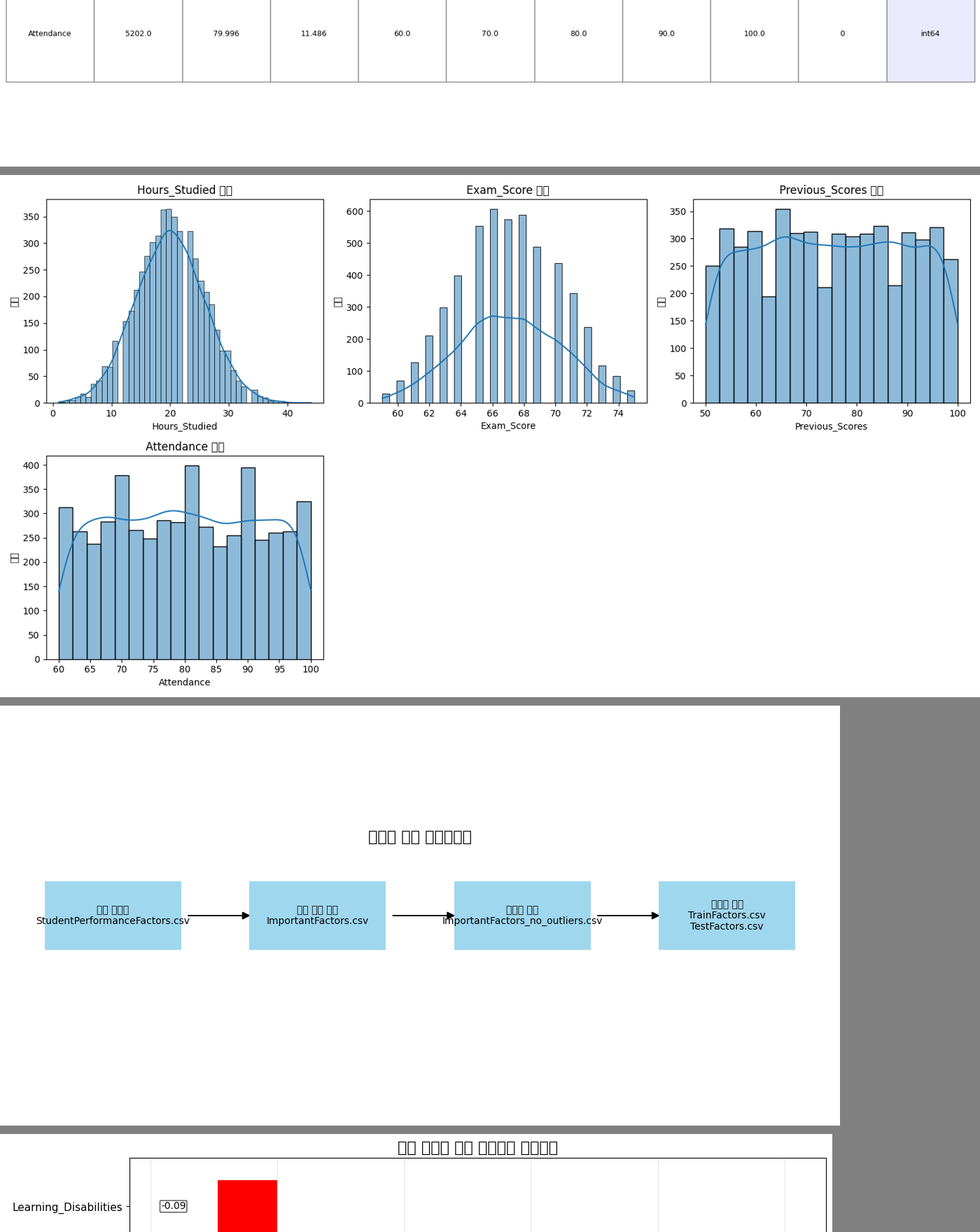
Repository: dldnwls07/BigDataStudy
Script's output: python src/visualization/create_presentation_visuals_fixed.py
The author's editor kept a copy of each file at every save. The script's output is drawn from the files as they stood at one save, then again after the next save.
The pictures show rows 723 to 2483 of an output 6129 px tall, at 70% of full size.
Each picture stacks the figures in order, with grey between them; figures that are only written to a file come last. The script is stopped after its 8th figure. Figures wider than 1,400 px are first shrunk to that width. Random numbers start from a fixed seed.

Above is the script's output before, as saved 2025-06-19 21:37:13.

### src/visualization/create_presentation_visuals_fixed.py
import pandas as pd
import matplotlib.pyplot as plt
import matplotlib.font_manager as fm
import seaborn as sns
import numpy as np
import os
import sys
import io

# 한글 출력을 위한 인코딩 설정
sys.stdout = io.TextIOWrapper(sys.stdout.buffer, encoding='utf-8')

# 한글 폰트 설정
# Windows 기본 폰트인 맑은 고딕 사용
plt.rcParams['font.family'] = 'Malgun Gothic'
plt.rcParams['axes.unicode_minus'] = False  # 마이너스 기호 깨짐 방지

# 출력 디렉토리 생성
output_dir = "output/picture/presentation"
os.makedirs(output_dir, exist_ok=True)

# 데이터 불러오기
try:
    train_data = pd.read_csv("data/processed_data/TrainFactors.csv")
    test_data = pd.read_csv("data/processed_data/TestFactors.csv")
    print("데이터 로드 완료")
except Exception as e:
    print(f"데이터 로드 중 오류 발생: {e}")

# 데이터셋 기본 통계량 시각화
def create_dataset_summary(data, output_path):
    try:
        # 수치형 변수만 선택
        numeric_data = data.select_dtypes(include=['number'])

        # 기본 통계량 계산 및 소수점 자리 제한
        stats = numeric_data.describe().T.round(3)  # 소수점 3자리로 제한
        stats['missing'] = numeric_data.isnull().sum()
        stats['dtype'] = numeric_data.dtypes

        # 컬럼 이름을 더 짧게 수정
        stats = stats.rename_axis("변수명")

        # 그림 크기 설정 (더 큰 크기로 조정)
        plt.figure(figsize=(18, 12))
        ax = plt.subplot(111)
        ax.axis('off')

        # 테이블 생성
        table_data = stats.reset_index()
        table_cols = ['변수명', 'count', 'mean', 'std', 'min', '25%', '50%', '75%', 'max', 'missing', 'dtype']

        # 테이블 텍스트 데이터 처리 (긴 문자열 줄임 처리)
        cell_text = []
        for row in table_data[table_cols].values:
            cell_text.append([str(x)[:10] if isinstance(x, str) and len(str(x)) > 10 else x for x in row])

        table = ax.table(cellText=cell_text,
                         colLabels=table_cols,
                         loc='center',
                         cellLoc='center')

        # 테이블 스타일 설정
        table.auto_set_font_size(False)
        table.set_fontsize(9)  # 글자 크기 증가
        table.scale(1.5, 2.5)  # 가로와 세로 비율 늘림

        # 컬럼 너비와 높이 조정
        cell_dict = table.get_celld()

        # 헤더 행 설정
        for i in range(len(table_cols)):
            header_cell = cell_dict[(0, i)]
            header_cell.set_height(0.15)
            header_cell.set_fontsize(10)
            header_cell.set_text_props(weight='bold')
            header_cell.set_facecolor('#CCCCFF')  # 헤더 배경색 설정

        # 모든 셀에 테두리 추가
        for key, cell in cell_dict.items():
            cell.set_edgecolor('gray')

            # 데이터 셀 처리
            if key[0] > 0:  # 헤더가 아닌 데이터 행
                cell.set_height(0.15)  # 셀 높이 증가

                # 짝수/홀수 행 구분을 위한 배경색 설정
                if key[0] % 2 == 1:
                    cell.set_facecolor('#F5F5F5')  # 연한 회색

                # 데이터 타입 컬럼에 특별 스타일 적용
                if key[1] == table_cols.index('dtype'):
                    cell.set_facecolor('#EAEAFF')  # 타입 컬럼 배경색

        # 데이터가 10개 이상이면 일부만 표시
        max_rows = 10
        if len(table_data) > max_rows:
            plt.figtext(0.5, 0.01, f"* 전체 {len(table_data)}개 변수 중 상위 {max_rows}개만 표시됨", ha='center', fontsize=10)

        plt.title('데이터셋 기본 통계량', fontsize=18, pad=20)
        plt.tight_layout(rect=[0, 0.03, 1, 0.97])  # 여백 조정
        plt.savefig(output_path, dpi=300, bbox_inches='tight')
        plt.close()
        print(f"1. 데이터셋 기본 통계량 시각화 완료: {output_path}")
    except Exception as e:
        print(f"데이터셋 기본 통계량 시각화 중 오류 발생: {e}")

# 데이터 분포 시각화
def create_distribution_plots(data, output_path):
    try:
        # 수치형 변수 선택
        numeric_cols = data.select_dtypes(include=['number']).columns

        # 변수 수에 따라 행과 열 계산
        n_cols = len(numeric_cols)
        n_rows = (n_cols // 3) + (1 if n_cols % 3 > 0 else 0)

        # 그래프 생성
        fig, axes = plt.subplots(n_rows, 3, figsize=(15, n_rows * 4))
        axes = axes.flatten()

        for i, col in enumerate(numeric_cols):
            if i < len(axes):
                sns.histplot(data[col], kde=True, ax=axes[i])
                axes[i].set_title(f'{col} 분포')
                axes[i].set_xlabel(col)
                axes[i].set_ylabel('빈도')

        # 남은 축 숨기기
        for i in range(len(numeric_cols), len(axes)):
            axes[i].axis('off')

        plt.tight_layout()
        plt.savefig(output_path, dpi=300)
        plt.close()
        print(f"2. 데이터 분포 시각화 완료: {output_path}")
    except Exception as e:
        print(f"데이터 분포 시각화 중 오류 발생: {e}")

# 데이터 처리 과정 시각화
def create_data_pipeline_visualization(output_path):
    try:
        plt.figure(figsize=(12, 6))
        ax = plt.subplot(111)

        # 파이프라인 단계들
        steps = ['원본 데이터\nStudentPerformanceFactors.csv',
                 '중요 요인 추출\nImportantFactors.csv',
                 '이상치 제거\nImportantFactors_no_outliers.csv',
                 '데이터 분할\nTrainFactors.csv\nTestFactors.csv']

        # 박스 위치
        positions = np.arange(len(steps)) * 3

        # 박스 그리기
        for i, (pos, step) in enumerate(zip(positions, steps)):
            rect = plt.Rectangle((pos, 0.5), 2, 1, facecolor='skyblue', alpha=0.8)
            ax.add_patch(rect)
            ax.text(pos + 1, 1, step, ha='center', va='center', fontsize=10)

            # 화살표 그리기
            if i < len(steps) - 1:
                ax.arrow(pos + 2.1, 1, 0.8, 0, head_width=0.1, head_length=0.1,
                         fc='black', ec='black')

        ax.set_xlim(-0.5, max(positions) + 2.5)
        ax.set_ylim(0, 2)
        ax.set_aspect('equal')
        ax.axis('off')

        plt.title('데이터 처리 파이프라인', fontsize=16)
        plt.tight_layout()
        plt.savefig(output_path, dpi=300)
        plt.close()
        print(f"3. 데이터 처리 과정 시각화 완료: {output_path}")
    except Exception as e:
        print(f"데이터 처리 과정 시각화 중 오류 발생: {e}")

# 변수 중요도 시각화
def create_feature_importance_visualization(data, output_path):
    try:
        # 범주형 변수 처리 (범주형 변수가 있을 경우에만 실행)
        categorical_cols = data.select_dtypes(include=['object']).columns

        # 데이터 복사본 생성
        data_encoded = data.copy()

        # 범주형 변수 인코딩
        for col in categorical_cols:
            if col in data.columns:
                # 범주형 변수 처리
                if col == 'Learning_Disabilities':
                    data_encoded[col] = data_encoded[col].map({'Yes': 1, 'No': 0})
                elif col in ['Parental_Involvement', 'Motivation_Level', 'Access_to_Resources']:
                    data_encoded[col] = data_encoded[col].map({'High': 2, 'Medium': 1, 'Low': 0})

        # 결측값 처리
        data_encoded = data_encoded.select_dtypes(include=['number']).fillna(0)

        # 상관관계 계산
        target = 'Exam_Score'
        if target in data_encoded.columns:
            correlations = data_encoded.corr()[target].sort_values(ascending=False)
            correlations = correlations.drop(target)  # 타겟 변수 자신 제거

            # 상위 10개 변수 선택 (또는 전체 변수가 10개 미만이면 전체 사용)
            top_count = min(10, len(correlations))
            top_correlations = correlations.abs().nlargest(top_count)
            top_features = top_correlations.index

            # 그림 크기 증가 및 여백 확보
            plt.figure(figsize=(12, 8))

            # 바 차트 생성 (y축 글꼴 크기 조정)
            colors = ['green' if c > 0 else 'red' for c in correlations[top_features]]
            bars = plt.barh(top_features, correlations[top_features], color=colors)

            # y축 라벨 폰트 크기 및 색상 조정
            plt.yticks(fontsize=11)

            # 바 위에 값 표시 (위치 및 여백 조정)
            for bar in bars:
                width = bar.get_width()
                if width > 0:
                    # 양수 값은 바 오른쪽에 표시
                    label_x_pos = width + 0.02  # 바 끝에서 약간 떨어진 위치
                    plt.text(label_x_pos, bar.get_y() + bar.get_height()/2, f'{width:.2f}',
                            va='center', ha='left', color='black', fontsize=10,
                            bbox=dict(facecolor='white', alpha=0.7, pad=0.1, boxstyle='round'))
                else:
                    # 음수 값은 바 왼쪽에 표시
                    label_x_pos = width - 0.05  # 바 끝에서 약간 떨어진 위치
                    plt.text(label_x_pos, bar.get_y() + bar.get_height()/2, f'{width:.2f}',
                            va='center', ha='right', color='black', fontsize=10,
                            bbox=dict(facecolor='white', alpha=0.7, pad=0.1, boxstyle='round'))

            # 제목 및 라벨 설정
            plt.title('시험 점수와 주요 변수들의 상관관계', fontsize=16)
            plt.xlabel('상관계수', fontsize=12)

            # x축 범위 조정 (여백 추가)
            x_min, x_max = plt.xlim()
            plt.xlim(x_min - 0.1, x_max + 0.15)  # 오른쪽에 더 많은 여백 추가

            # 그리드 추가하여 가독성 향상
            plt.grid(axis='x', alpha=0.3)

            plt.tight_layout()
            plt.savefig(output_path, dpi=300, bbox_inches='tight')
            plt.close()
            print(f"4. 변수 중요도 시각화 완료: {output_path}")
        else:
            print(f"타겟 변수 '{target}'가 데이터에 없습니다")
    except Exception as e:
        print(f"변수 중요도 시각화 중 오류 발생: {e}")

# 신경망 모델 구조 시각화
def create_neural_network_architecture(output_path):
    try:
        plt.figure(figsize=(14, 10))  # 더 큰 그림 크기
        ax = plt.subplot(111)

        # 레이어와 노드 수 정의
        layers = [
            {'name': '입력층', 'nodes': 12, 'color': 'lightblue'},  # 입력 변수 수는 데이터에 맞게 조정
            {'name': '은닉층 1', 'nodes': 256, 'color': 'lightgreen'},
            {'name': '은닉층 2', 'nodes': 128, 'color': 'lightgreen'},
            {'name': '은닉층 3', 'nodes': 64, 'color': 'lightgreen'},
            {'name': '은닉층 4', 'nodes': 32, 'color': 'lightgreen'},
            {'name': '출력층', 'nodes': 1, 'color': 'salmon'}
        ]

        # 각 레이어 위치 계산 (수평 간격 확대)
        layer_width = 2.0  # 레이어 간 간격 증가
        x_positions = [i * layer_width * 2 for i in range(len(layers))]

        # 노드 표시를 위한 높이 계산
        max_visible_nodes = 10  # 실제로 그릴 최대 노드 수

        # 일관된 간격을 위해 고정된 높이 사용
        display_height = 12  # 고정된 표시 높이
        node_radius = 0.3    # 노드 크기 증가

        # 레이어별 박스 그리기
        for i, (x, layer) in enumerate(zip(x_positions, layers)):
            # 레이어 이름 (아래에 배치)
            ax.text(x, -2.0, layer['name'], ha='center', fontsize=13, weight='bold')

            # 레이어 배경박스 그리기 (옵션)
            box_width = 1.2
            box_height = display_height + 1
            rect = plt.Rectangle((x-box_width/2, -1), box_width, box_height,
                                fill=True, alpha=0.1, color=layer['color'],
                                edgecolor='gray', linestyle='--')
            ax.add_patch(rect)

            # 노드 수 텍스트 표시
            ax.text(x, display_height + 1, f'노드 수: {layer["nodes"]}개',
                    ha='center', fontsize=11, bbox=dict(facecolor='white', alpha=0.7, boxstyle='round,pad=0.3'))

            # 노드 그리기 (일부 노드만 그리고 나머지는 생략 표시)
            nodes_to_draw = min(layer['nodes'], max_visible_nodes)

            # 노드 간 간격 계산 (더 넓게)
            if nodes_to_draw <= 1:
                spacing = 0
            else:
                spacing = display_height / (nodes_to_draw + 1)

            for j in range(nodes_to_draw):
                # 노드 위치 계산 (균등 간격)
                y = spacing * (j + 1)

                if nodes_to_draw < layer['nodes'] and j == nodes_to_draw - 1:
                    # 생략 표시
                    ax.text(x, y, '⋮', ha='center', va='center', fontsize=24, weight='bold')
                else:
                    # 노드 그리기 (크기 증가)
                    circle = plt.Circle((x, y), node_radius, facecolor=layer['color'],
                                      edgecolor='blue', alpha=0.8, zorder=10)
                    ax.add_patch(circle)

                # 이전 레이어와 연결선 그리기 (첫 번째 레이어 제외)
                if i > 0:
                    prev_layer = layers[i-1]
                    prev_x = x_positions[i-1]
                    prev_nodes_to_draw = min(prev_layer['nodes'], max_visible_nodes)

                    # 이전 레이어 노드 간격 계산
                    if prev_nodes_to_draw <= 1:
                        prev_spacing = 0
                    else:
                        prev_spacing = display_height / (prev_nodes_to_draw + 1)

                    for k in range(prev_nodes_to_draw):
                        prev_y = prev_spacing * (k + 1)

                        if prev_nodes_to_draw < prev_layer['nodes'] and k == prev_nodes_to_draw - 1:
                            continue  # 생략된 노드는 연결선 그리지 않음

                        # 모든 연결을 그리면 복잡해지므로 일부만 그림
                        if (j % 3 == 0 and k % 3 == 0) or (i == len(layers) - 1) or (nodes_to_draw <= 3):
                            ax.plot([prev_x, x], [prev_y, y], 'gray', alpha=0.15, linewidth=0.5, zorder=1)

            # 활성화 함수와 Dropout 표시 (별도의 텍스트 박스로)
            if 0 < i < len(layers) - 1:
                params = [
                    {'text': 'ReLU 활성화', 'color': 'green', 'y_offset': 0},
                    {'text': f'Dropout ({0.3 if i==1 else 0.2 if i==2 else 0.1})', 'color': 'red', 'y_offset': -1.2},
                    {'text': 'BatchNorm', 'color': 'purple', 'y_offset': -2.4}
                ]

                for param in params:
                    # 레이어 사이에 텍스트 배치
                    mid_x = (x_positions[i-1] + x) / 2
                    ax.text(mid_x, display_height/2 + param['y_offset'], param['text'],
                            ha='center', color=param['color'], fontsize=9,
                            bbox=dict(facecolor='white', alpha=0.7, boxstyle='round,pad=0.2'),
                            rotation=0, zorder=20)

        ax.set_xlim(-1.0, max(x_positions) + 1.0)
        ax.set_ylim(-3.0, display_height + 3)
        ax.axis('off')

        # 범례 추가
        legend_elements = [
            plt.Line2D([0], [0], marker='o', color='w', markerfacecolor='lightblue', markersize=10, label='입력층'),
            plt.Line2D([0], [0], marker='o', color='w', markerfacecolor='lightgreen', markersize=10, label='은닉층'),
            plt.Line2D([0], [0], marker='o', color='w', markerfacecolor='salmon', markersize=10, label='출력층')
        ]
        ax.legend(handles=legend_elements, loc='upper center', ncol=3, frameon=True, bbox_to_anchor=(0.5, 1.05))

        # 추가 설명
        plt.figtext(0.5, 0.02, '* 실제 구현된 DNN 모델의 구조를 간략화하여 표현한 다이어그램',
                  ha='center', fontsize=10, style='italic')

        plt.title('심층 신경망(DNN) 모델 구조', fontsize=18, pad=20)
        plt.tight_layout(rect=[0, 0.03, 1, 0.97])  # 여백 조정
        plt.savefig(output_path, dpi=300, bbox_inches='tight')
        plt.close()
        print(f"5. 신경망 모델 구조 시각화 완료: {output_path}")
    except Exception as e:
        print(f"신경망 모델 구조 시각화 중 오류 발생: {e}")

# 모델 성능 평가 지표 시각화
def create_model_performance_visualization(output_path):
    try:
        # 성능 지표 (실제 값으로 대체)
        metrics = {
            'R² Score': 0.7803,
            'MSE': 2.2863,
            'MAE': 1.2064,
            'MAPE (%)': 1.80
        }

        plt.figure(figsize=(10, 6))

        # 바 차트 생성
        bars = plt.bar(metrics.keys(), metrics.values(), color=['green', 'red', 'orange', 'purple'])

        # 바 위에 값 표시
        for bar in bars:
            height = bar.get_height()
            plt.text(bar.get_x() + bar.get_width()/2., height + 0.05,
                    f'{height:.4f}', ha='center', va='bottom')

        plt.title('모델 성능 평가 지표', fontsize=16)
        plt.ylabel('값')
        plt.ylim(0, max(metrics.values()) * 1.2)  # 여유 공간 확보

        # 각 지표에 대한 설명 추가
        descriptions = {
            'R² Score': '설명된 분산 비율\n(높을수록 좋음)',
            'MSE': '평균 제곱 오차\n(낮을수록 좋음)',
            'MAE': '평균 절대 오차\n(낮을수록 좋음)',
            'MAPE (%)': '평균 절대 백분율 오차\n(낮을수록 좋음)'
        }

        for i, (metric, desc) in enumerate(descriptions.items()):
            plt.annotate(desc, xy=(i, 0), xytext=(i, -0.2),
                       ha='center', va='top', fontsize=8)

        plt.tight_layout()
        plt.savefig(output_path, dpi=300)
        plt.close()
        print(f"6. 모델 성능 평가 지표 시각화 완료: {output_path}")
    except Exception as e:
        print(f"모델 성능 평가 지표 시각화 중 오류 발생: {e}")

# 주요 발견점 및 시사점 인포그래픽
def create_key_findings_visualization(output_path):
    try:
        plt.figure(figsize=(12, 8))
        ax = plt.subplot(111)
        ax.axis('off')

        # 배경색 설정
        fig = plt.gcf()
        fig.patch.set_facecolor('#f5f5f5')

        # 제목
        plt.text(0.5, 0.95, '주요 발견점 및 시사점', fontsize=18, ha='center', weight='bold')

        # 주요 발견점
        findings = [
            "공부 시간은 성적과 강한 양의 상관관계 (r=0.65)",
            "이전 시험 성적은 현재 성적의 가장 강력한 예측 변수 (r=0.78)",
            "높은 학습 의욕은 성적 향상에 중요한 요소",
            "학습 자원 접근성이 높을수록 성적이 좋음",
            "부모 참여도가 높을수록 공부 시간 효율이 증가"
        ]

        # 교육적 시사점
        implications = [
            "학생 의욕 고취 및 자원 접근성 개선이 중요",
            "가정-학교 연계 프로그램 개발 필요",
            "초기 학업 부진 학생 조기 식별 및 개입",
            "맞춤형 학습 지원 시스템 개발 가능성",
            "데이터 기반 교육 의사결정의 효과 입증"
        ]

        # 왼쪽 컬럼: 주요 발견점
        plt.text(0.25, 0.85, '주요 발견점', fontsize=14, ha='center', weight='bold')
        for i, finding in enumerate(findings):
            y_pos = 0.8 - i * 0.07
            plt.text(0.05, y_pos, f"• {finding}", fontsize=11, ha='left')

        # 오른쪽 컬럼: 교육적 시사점
        plt.text(0.75, 0.85, '교육적 시사점', fontsize=14, ha='center', weight='bold')
        for i, implication in enumerate(implications):
            y_pos = 0.8 - i * 0.07
            plt.text(0.55, y_pos, f"• {implication}", fontsize=11, ha='left')

        # 하단: 모델 성능 요약
        plt.text(0.5, 0.45, '모델 성능', fontsize=14, ha='center', weight='bold')
        plt.text(0.5, 0.4, 'R² = 0.78, MAPE = 1.80%의 높은 예측 정확도', fontsize=12, ha='center')

        # 분할선
        plt.axhline(y=0.5, xmin=0.05, xmax=0.95, color='gray', alpha=0.3, linestyle='-')
        plt.axvline(x=0.5, ymin=0.55, ymax=0.9, color='gray', alpha=0.3, linestyle='-')

        # 결론
        plt.text(0.5, 0.35, '결론', fontsize=14, ha='center', weight='bold')
        plt.text(0.5, 0.3, '학생 성적은 다양한 요인들의 복합적 영향을 받으며,', fontsize=11, ha='center')
        plt.text(0.5, 0.25, '이를 통합적으로 고려한 데이터 기반 교육 지원이 필요하다.', fontsize=11, ha='center')
        plt.text(0.5, 0.2, '심층 신경망 기반 예측 모델은 학생 성취도 예측에 높은 정확도를 보여,', fontsize=11, ha='center')
        plt.text(0.5, 0.15, '개인화된 학습 지원 시스템 구축의 가능성을 제시한다.', fontsize=11, ha='center')

        plt.tight_layout()
        plt.savefig(output_path, dpi=300, bbox_inches='tight')
        plt.close()
        print(f"7. 주요 발견점 및 시사점 인포그래픽 완료: {output_path}")
    except Exception as e:
        print(f"주요 발견점 및 시사점 인포그래픽 생성 중 오류 발생: {e}")

# 학습 데이터와 테스트 데이터의 분포 비교
def create_train_test_distribution_comparison(train_data, test_data, output_path):
    try:
        plt.figure(figsize=(10, 6))

        # 히스토그램 그리기
        plt.hist(train_data['Exam_Score'], bins=20, alpha=0.5, label='학습 데이터', color='blue')
        plt.hist(test_data['Exam_Score'], bins=20, alpha=0.5, label='테스트 데이터', color='orange')

        plt.title('학습 데이터와 테스트 데이터의 시험 점수 분포 비교', fontsize=14)
        plt.xlabel('시험 점수')
        plt.ylabel('빈도')
        plt.legend()
        plt.grid(True, alpha=0.3)

        plt.tight_layout()
        plt.savefig(output_path, dpi=300)
        plt.close()
        print(f"8. 학습/테스트 데이터 분포 비교 완료: {output_path}")
    except Exception as e:
        print(f"학습/테스트 데이터 분포 비교 생성 중 오류 발생: {e}")

# 실행
if __name__ == "__main__":
    try:
        # 1. 데이터셋 기본 통계량
        create_dataset_summary(train_data, f"{output_dir}/dataset_summary.png")

        # 2. 변수 분포 히스토그램
        create_distribution_plots(train_data, f"{output_dir}/variable_distributions.png")

        # 3. 데이터 처리 과정 시각화
        create_data_pipeline_visualization(f"{output_dir}/data_pipeline.png")

        # 4. 변수 중요도 시각화
        create_feature_importance_visualization(train_data, f"{output_dir}/feature_importance.png")

        # 5. 신경망 구조 시각화
        create_neural_network_architecture(f"{output_dir}/neural_network_architecture.png")

        # 6. 모델 성능 평가 지표
        create_model_performance_visualization(f"{output_dir}/model_performance.png")

        # 7. 주요 발견점 및 시사점
        create_key_findings_visualization(f"{output_dir}/key_findings.png")

        # 8. 학습/테스트 데이터 분포 비교
        create_train_test_distribution_comparison(train_data, test_data, f"{output_dir}/train_test_distribution.png")

        print("모든 시각화 생성 완료!")
    except Exception as e:
        print(f"실행 중 오류 발생: {e}")

Loaded but not shown: data/processed_data/TrainFactors.csv (5203 lines, source omitted); data/processed_data/TestFactors.csv (1302 lines, source omitted)

After the next save:
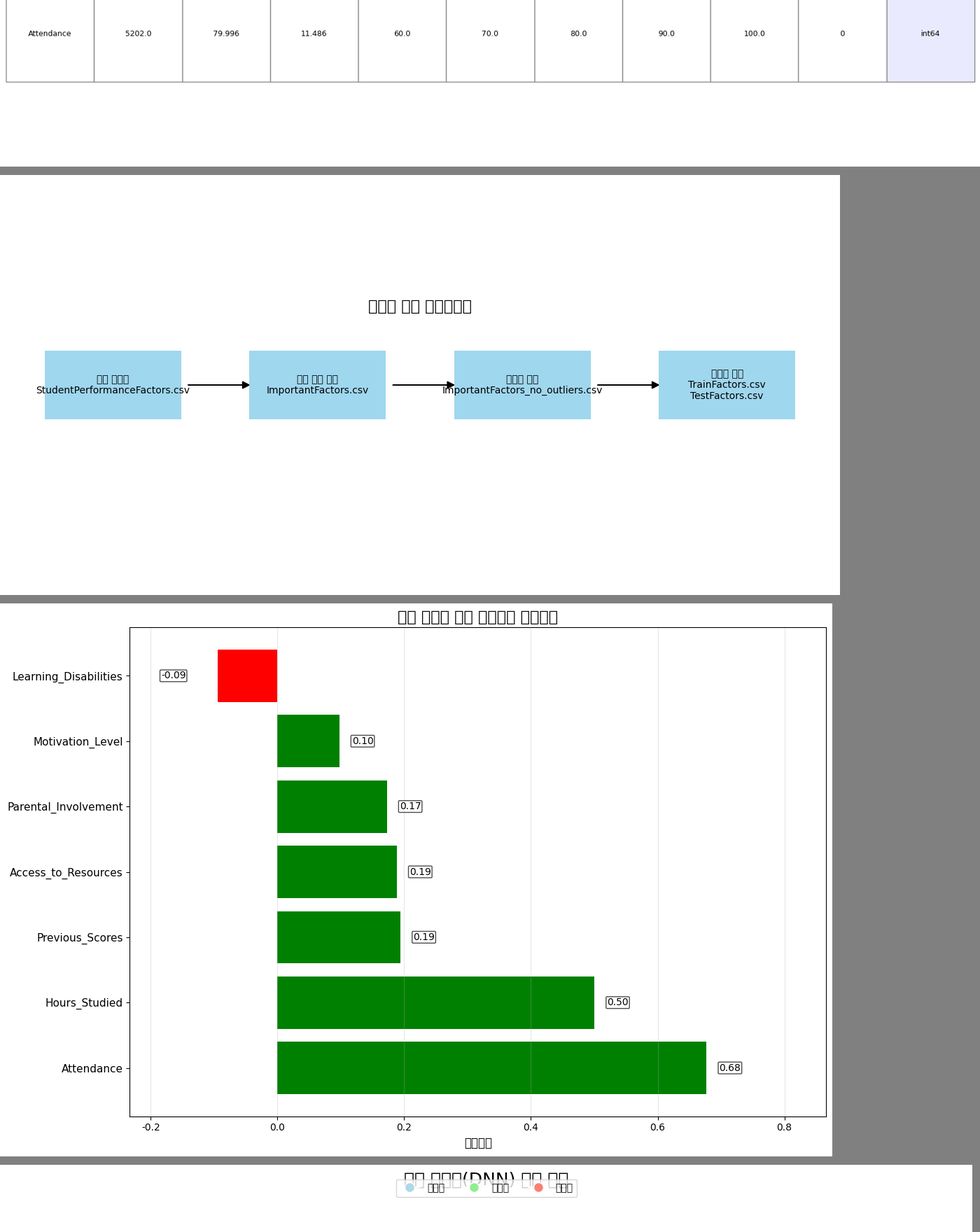
Saved 44 s later.
--- a/src/visualization/create_presentation_visuals_fixed.py
+++ b/src/visualization/create_presentation_visuals_fixed.py
@@ -111,27 +111,64 @@ def create_distribution_plots(data, output_path):
         # 수치형 변수 선택
         numeric_cols = data.select_dtypes(include=['number']).columns
 
-        # 변수 수에 따라 행과 열 계산
+        # 변수 수에 따라 행과 열 계산 - 더 적은 컬럼으로 표시하여 그래프 사이즈 키우기
         n_cols = len(numeric_cols)
-        n_rows = (n_cols // 3) + (1 if n_cols % 3 > 0 else 0)
-
-        # 그래프 생성
-        fig, axes = plt.subplots(n_rows, 3, figsize=(15, n_rows * 4))
+        cols_per_row = 2  # 한 행에 2개의 그래프만 표시
+        n_rows = (n_cols // cols_per_row) + (1 if n_cols % cols_per_row > 0 else 0)
+
+        # 그래프 생성 (행당 2개 컬럼, 각 그래프 크기 증가)
+        fig, axes = plt.subplots(n_rows, cols_per_row, figsize=(15, n_rows * 5))
+
+        # 단일 행 또는 열일 경우 axes를 2D 배열로 변환
+        if n_rows == 1 and cols_per_row == 1:
+            axes = np.array([[axes]])
+        elif n_rows == 1 or cols_per_row == 1:
+            axes = np.array([axes]).reshape(n_rows, cols_per_row)
+
         axes = axes.flatten()
+
+        # 색상 순환 (시각적 구분을 위해)
+        colors = ['#3498db', '#2ecc71', '#e74c3c', '#9b59b6', '#f1c40f', '#1abc9c', '#34495e', '#e67e22']
 
         for i, col in enumerate(numeric_cols):
             if i < len(axes):
-                sns.histplot(data[col], kde=True, ax=axes[i])
-                axes[i].set_title(f'{col} 분포')
-                axes[i].set_xlabel(col)
-                axes[i].set_ylabel('빈도')
+                # 히스토그램 생성 (색상 순환 적용)
+                color_idx = i % len(colors)
+                sns.histplot(data[col], kde=True, ax=axes[i], color=colors[color_idx],
+                            kde_kws={'color': 'black', 'linewidth': 2, 'alpha': 0.8})
+
+                # 타이틀 및 라벨 설정 (글꼴 크기 증가)
+                axes[i].set_title(f'{col} 분포', fontsize=14, pad=10)
+                axes[i].set_xlabel(col, fontsize=12)
+                axes[i].set_ylabel('빈도', fontsize=12)
+
+                # 축 레이블과 눈금 폰트 크기 조정
+                axes[i].tick_params(axis='both', labelsize=10)
+
+                # 그리드 추가
+                axes[i].grid(True, alpha=0.3)
+
+                # 분포의 주요 통계량 텍스트로 표시
+                mean_val = data[col].mean()
+                median_val = data[col].median()
+                std_val = data[col].std()
+
+                # 통계값을 그래프 상단에 표시
+                axes[i].text(0.95, 0.95, f'평균: {mean_val:.2f}\n중앙값: {median_val:.2f}\n표준편차: {std_val:.2f}',
+                           transform=axes[i].transAxes, fontsize=10, ha='right', va='top',
+                           bbox=dict(facecolor='white', alpha=0.8, boxstyle='round,pad=0.5'))
 
         # 남은 축 숨기기
         for i in range(len(numeric_cols), len(axes)):
             axes[i].axis('off')
 
-        plt.tight_layout()
-        plt.savefig(output_path, dpi=300)
+        # 제목 추가
+        fig.suptitle('주요 변수들의 분포', fontsize=18, y=1.02)
+
+        # 그래프 간 간격 조정
+        plt.tight_layout(pad=3.0)
+        plt.subplots_adjust(top=0.95)  # 상단 여백 조정
+        plt.savefig(output_path, dpi=300, bbox_inches='tight')
         plt.close()
         print(f"2. 데이터 분포 시각화 완료: {output_path}")
     except Exception as e:
